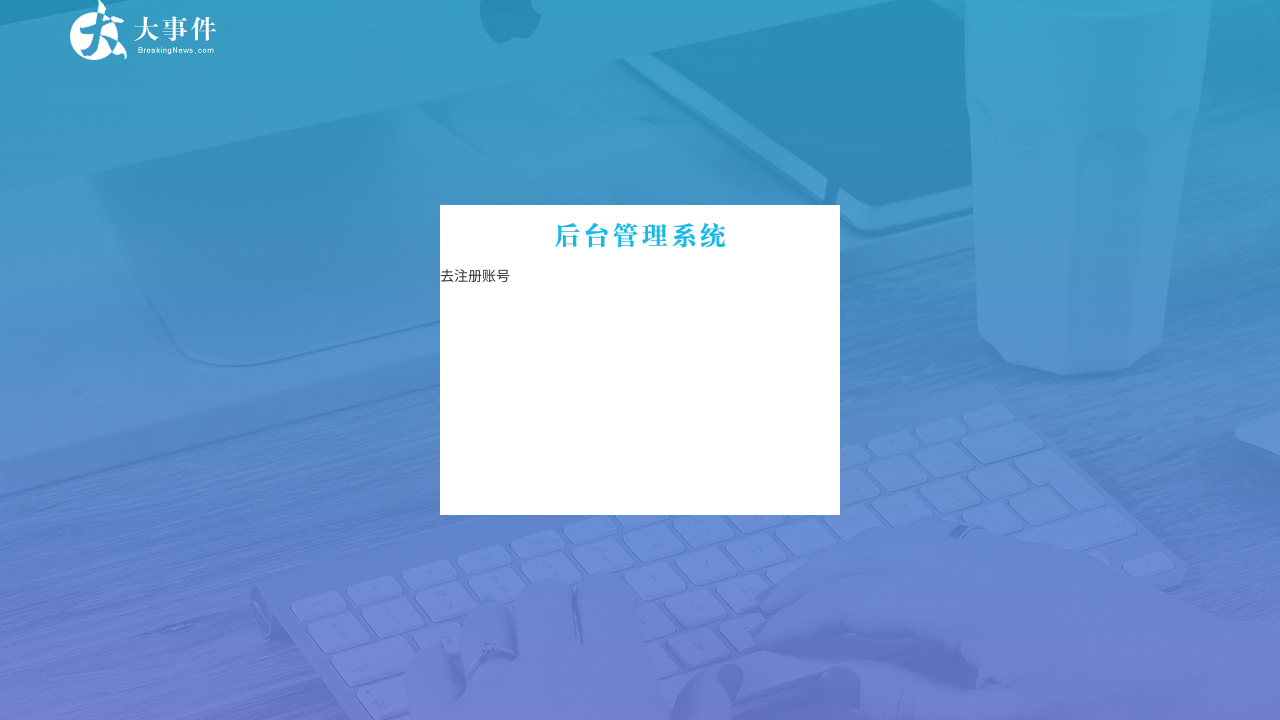
Repository: R1Deemo/Main-project
Page: login.html
The author's editor kept a copy of each file at every save. The page is drawn from the files as they stood at one save, then again after the next save.
The browser window is 1280 px wide. The pictures show the whole page.

Above is the page before, as saved 2022-10-28 19:34:11.

### login.html
<!DOCTYPE html>
<html lang="en">

<head>
    <meta charset="UTF-8">
    <meta http-equiv="X-UA-Compatible" content="IE=edge">
    <meta name="viewport" content="width=device-width, initial-scale=1.0">
    <title>大事件-登录/注册</title>
    <link rel="stylesheet" href="/assets/css/login.css" />
    <link rel="stylesheet" href="/assets/lib/layui/css/layui.css" />
</head>

<body>
    <!-- 头部logo -->
    <div class="layui-main">
        <img src="/assets/images/logo.png" alt="" />
    </div>
    <!-- 登录注册 -->
    <div class="loginAndRegBox">
        <div class="title-box"></div>
        <!-- 登录 -->
        <div class="login-box">
            <a href="javascript:;" id="link_reg">去注册账号</a>
        </div>
        <!-- 注册 -->
        <div class="reg-box"> <a href="javascript:;" id="link_login"> 去登陆</a> </div>

    </div>
    <!-- 导入jQuery -->
    <script src="/assets/lib/jquery.js"></script>
    <script src="/assets/js/login.js"></script>
</body>

</html>

### assets/css/login.css
html,
body {
    margin: 0;
    padding: 0;
    height: 100%;
    width: 100%;
    /* background-color: red; */
    background: url('/assets/images/login_bg.jpg') no-repeat center;
    background-size: cover;
}

.loginAndRegBox {
    width: 400px;
    height: 310px;
    background-color: #FFF;
    position: absolute;
    left: 50%;
    top: 50%;
    transform: translate(-50%, -50%);
}

.title-box {
    height: 60px;
    background: url('/assets/images/login_title.png')no-repeat center;
}

.reg-box {
    display: none;
}

### assets/js/login.js
$(function() {
    $('#link_reg').on('click', function() {
        $('.reg-box').show()
        $('.login-box').hide()
    })

    $('#link_login').on('click', function() {
        $('.reg-box').hide()
        $('.login-box').show()
    })
})

Loaded but not shown: assets/lib/layui/css/layui.css (library); assets/lib/jquery.js (library)

After the next save:
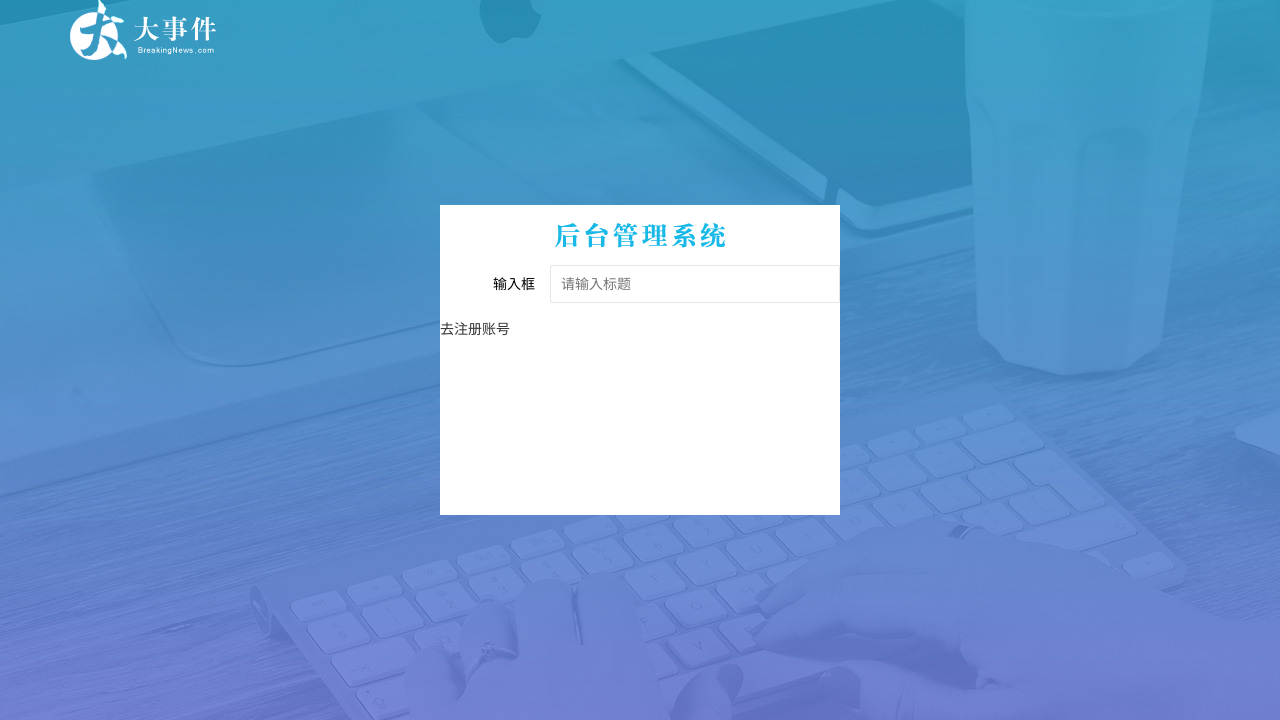
Saved 23 min 17 s later.
--- a/login.html
+++ b/login.html
@@ -20,6 +20,14 @@
         <div class="title-box"></div>
         <!-- 登录 -->
         <div class="login-box">
+            <form class="layui-form" action="">
+                <div class="layui-form-item">
+                    <label class="layui-form-label">输入框</label>
+                    <div class="layui-input-block">
+                        <input type="text" name="title" required lay-verify="required" placeholder="请输入标题" autocomplete="off" class="layui-input">
+                    </div>
+                </div>
+            </form>
             <a href="javascript:;" id="link_reg">去注册账号</a>
         </div>
         <!-- 注册 -->
